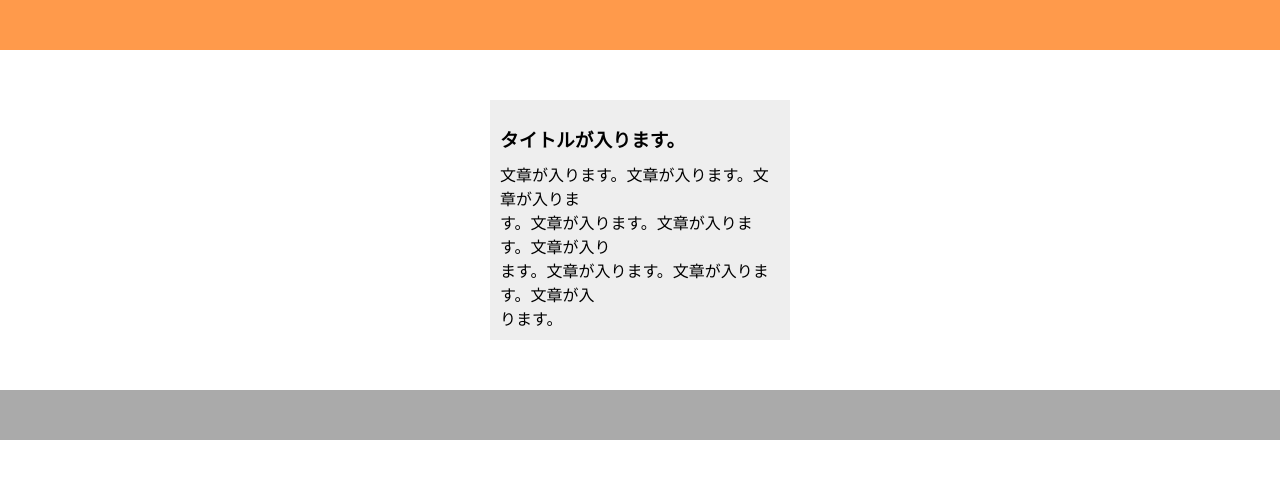
Repository: tkikokiko/webcamp-practice
Page: 1-9/index1-9-2.html
The author's editor kept a record of every edit. The page is drawn from the files as they stood at one moment, then again after the next edit.
The browser window is 1280 px wide. The pictures show the whole page.

Above is the page before.

After the next edit:
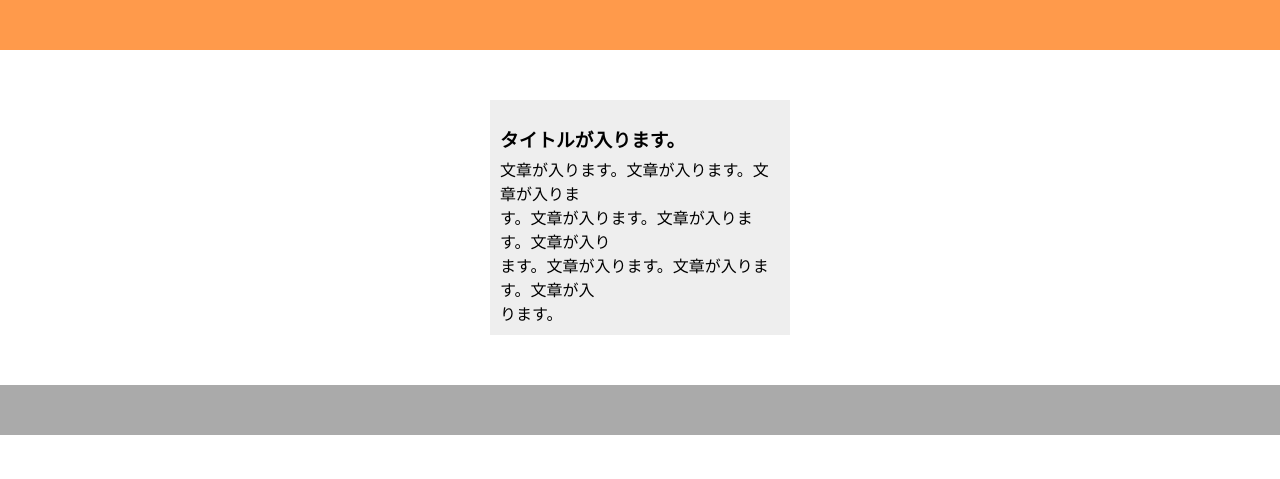
The edit:
--- a/1-9/style1-9-2.css
+++ b/1-9/style1-9-2.css
@@ -65,7 +65,7 @@
 }
 
 .main-title {
-  margin: 15px 0 10px;
+  margin: 15px 0 5px;
   /*display: inline-block;*/
   /*padding-top: 15px;*/
 }
